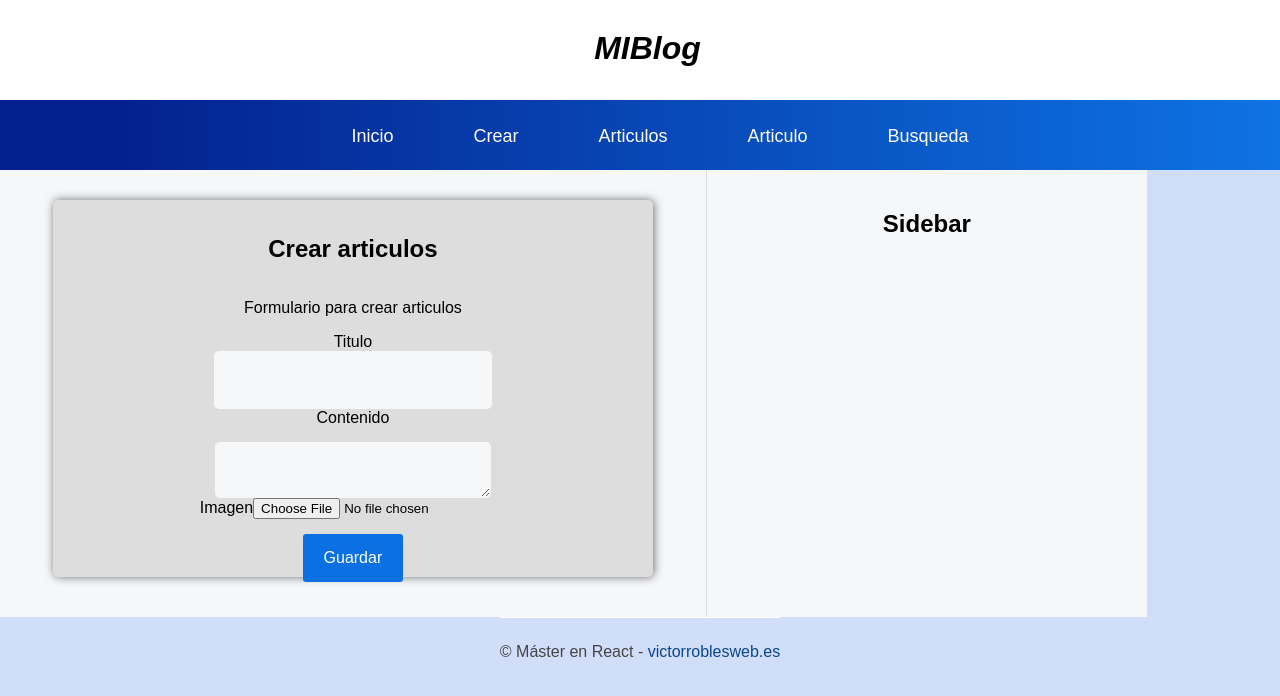
Repository: DamianBermudez94/frondEnd-blog
Page: /crear
The author's editor kept a copy of each file at every save. The page is drawn from the files as they stood at one save, then again after the next save.
The browser window is 1280 px wide. The pictures show the whole page.
The project was rebuilt for these pictures with package versions that can differ from the ones it lists, and the page was loaded fresh each time. Also part of the build but not shown: vite.config.js, src/components/pages/Inicio.jsx, src/components/pages/Busqueda.jsx, src/helper/Global.jsx, src/helper/Peticion.jsx, src/components/pages/Listado.jsx, src/components/pages/Articulos.jsx, src/components/pages/Articulo.jsx.

Above is the page before, as saved 2023-08-14 19:26:00.

After the next save:
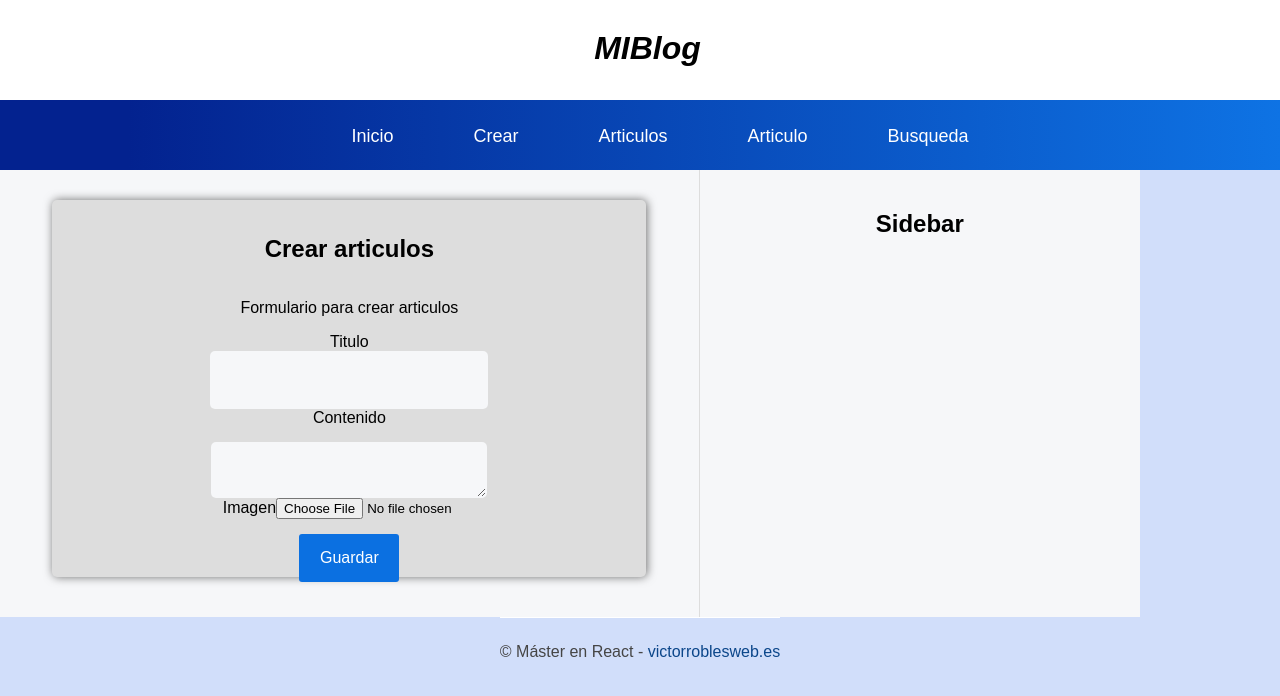
Saved 22 s later.
--- a/src/index.css
+++ b/src/index.css
@@ -287,7 +287,7 @@ textarea
 .grup-form input{
   margin: 0 auto;
   margin-top: 0;
-  max-width: 300px;
+  max-width: 200px;
 }
 /*ESTILOS PARA EL PIE DE PÁGINA*/
 .footer{
